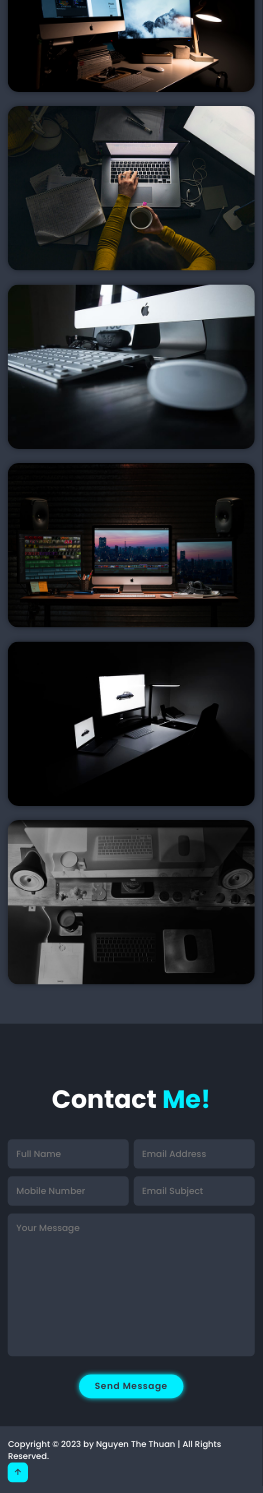
Repository: nguyenthethuan2004/portfolio
Page: index.html
The author's editor kept a copy of each file at every save. The page is drawn from the files as they stood at one save, then again after a run of saves.
The browser window is 375 px wide. The pictures show the part of the page from y = 2959 to 5199 px (the page is 5092 px tall before and 5199 px after), at 70% of full size.

Above is the page before, as saved 2023-10-03 19:28:59.
Console error: ReferenceError: navbar is not defined

### index.html
<!DOCTYPE html>
<html lang="en">
  <head>
    <meta charset="UTF-8" />
    <meta name="viewport" content="width=device-width, initial-scale=1.0" />
    <title>Nguyen The Thuan</title>

    <!-- custom css -->

    <link rel="stylesheet" href="css/style.css" />

    <!-- box icon -->

    <link
      href="https://unpkg.com/boxicons@2.1.4/css/boxicons.min.css"
      rel="stylesheet"
    />
  </head>
  <body>

    <!-- header design -->

    <header class="header">
      <a href="#" class="logo" >Portfolio</a>

      <i class='bx bx-menu' id="menu-icon" ></i>

      <nav class="navbar">
        <a href="#home" class="active">Home</a>
        <a href="#about">About</a>
        <a href="#services">Services</a>
        <a href="#portfolio">Portfolio</a>
        <a href="#contact">Contact</a>
      </nav>
    </header>

    <!-- home setion design -->

    <section class="home" id="home">
      <div class="home-content">
        <h3>Hello, It's Me</h3>
        <h1>Nguyen The Thuan</h1>
        <h3>And I'm a <span>Fullstack Developer</span></h3>
        <p>
          Lorem ipsum dolor sit amet consectetur adipisicing elit. Repellat,
          modi? Quas sapiente blanditiis odit nam magni ad!
        </p>
        <div class="social-media">
          <a href=""><i class="bx bxl-facebook"></i></a>
          <a href=""><i class="bx bxl-github"></i></a>
          <a href=""><i class="bx bxl-linkedin"></i></a>
          <a href=""><i class="bx bxl-youtube"></i></a>
        </div>

        <a href="#" class="btn">Download CV</a>
      </div>

      <div class="home-img">
        <img
          src="Image/315543773_466116068957574_5528625686489521569_n (1).png" alt="Anh"
        />
      </div>
    </section>

    <!-- about section design -->

    <section class="about" id="about">
      <div class="about-img">
        <img src="Image/315543773_466116068957574_5528625686489521569_n (1).png" alt="">
      </div>
      <div class="about-content">
        <h2 class="heading">About <span>Me</span></h2>
        <h3>Graphic Design!</h3>
        <p>Lorem ipsum dolor sit amet consectetur adipisicing elit. Quaerat, nihil nemo quia aperiam voluptate iusto rerum commodi dicta animi accusantium ullam illum provident incidunt? Incidunt quas possimus quam tenetur. Eos expedita quis, nihil aperiam ab qui impedit sunt. Quam iusto dolorum voluptatum debitis in, delectus pariatur?</p>
        <a href="#" class="btn">Read More</a>
      </div>
    </section>

    <!-- services section design -->

    <section class="services" id="services">
      <h2 class="heading">Our <span>Services</span></h2>

      <div class="services-container">
        <div class="services-box">
          <i class='bx bx-code-alt'></i>
          <h3>Web Developer</h3>
          <p>Lorem ipsum dolor sit amet consectetur adipisicing elit. Voluptatem sit odit doloribus fuga sed eaque atque. Iusto at perferendis officiis!</p>
          <a href="#" class="btn">Read More</a>
        </div>

        <div class="services-box">
          <i class='bx bxs-paint' ></i>
          <h3>Graphic Design</h3>
          <p>Lorem ipsum dolor sit amet consectetur adipisicing elit. Voluptatem sit odit doloribus fuga sed eaque atque. Iusto at perferendis officiis!</p>
          <a href="#" class="btn">Read More</a>
        </div>

        <div class="services-box">
          <i class='bx bx-line-chart' ></i>
          <h3>Digital Marketing</h3>
          <p>Lorem ipsum dolor sit amet consectetur adipisicing elit. Voluptatem sit odit doloribus fuga sed eaque atque. Iusto at perferendis officiis!</p>
          <a href="#" class="btn">Read More</a>
        </div>
      </div>
    </section>

    <!-- portfolio section design -->

    <section class="portfolio" id="portfolio">
      <h2 class="heading">Latest <span>Project</span></h2>

      <div class="portfolio-container">
        <div class="portfolio-box">
          <img src="Image/1.jpg" alt="">
          <div class="portfolio-layer">
            <h4>Web Design</h4>
            <p>Lorem, ipsum dolor sit amet consectetur adipisicing elit. Accusamus, exercitationem?</p>
            <a href="#"><i class='bx bx-link-external' ></i></a>
          </div>
        </div>

        <div class="portfolio-box">
          <img src="Image/2.jpg" alt="">
          <div class="portfolio-layer">
            <h4>Web Design</h4>
            <p>Lorem, ipsum dolor sit amet consectetur adipisicing elit. Accusamus, exercitationem?</p>
            <a href="#"><i class='bx bx-link-external' ></i></a>
          </div>
        </div>

        <div class="portfolio-box">
          <img src="Image/3.jpg" alt="">
          <div class="portfolio-layer">
            <h4>Web Design</h4>
            <p>Lorem, ipsum dolor sit amet consectetur adipisicing elit. Accusamus, exercitationem?</p>
            <a href="#"><i class='bx bx-link-external' ></i></a>
          </div>
        </div>

        <div class="portfolio-box">
          <img src="Image/4.jpg" alt="">
          <div class="portfolio-layer">
            <h4>Web Design</h4>
            <p>Lorem, ipsum dolor sit amet consectetur adipisicing elit. Accusamus, exercitationem?</p>
            <a href="#"><i class='bx bx-link-external' ></i></a>
          </div>
        </div>

        <div class="portfolio-box">
          <img src="Image/5.jpg" alt="">
          <div class="portfolio-layer">
            <h4>Web Design</h4>
            <p>Lorem, ipsum dolor sit amet consectetur adipisicing elit. Accusamus, exercitationem?</p>
            <a href="#"><i class='bx bx-link-external' ></i></a>
          </div>
        </div>

        <div class="portfolio-box">
          <img src="Image/6.jpg" alt="">
          <div class="portfolio-layer">
            <h4>Web Design</h4>
            <p>Lorem, ipsum dolor sit amet consectetur adipisicing elit. Accusamus, exercitationem?</p>
            <a href="#"><i class='bx bx-link-external' ></i></a>
          </div>
        </div>
      </div>
    </section>

    <!-- contact section design -->

    <section class="contact" id="contact">
      <h2 class="heading">Contact <span>Me!</span></h2>

      <form action="#">
        <div class="input-box">
          <input type="text" placeholder="Full Name">
          <input type="email" placeholder="Email Address">
        </div>

        <div class="input-box">
          <input type="number" placeholder="Mobile Number">
          <input type="text" placeholder="Email Subject">
        </div>
        <textarea name="" id="" cols="30" rows="10" placeholder="Your Message"></textarea>
        <input type="submit" value="Send Message" class="btn">
      </form>
    </section>

    <!-- footer design -->
    <footer class="footer">
      <div class="footer-text">
        <p>Copyright &copy; 2023 by Nguyen The Thuan | All Rights Reserved.</p>
      </div>

      <div class="footer-iconTop">
        <a href="#home"><i class='bx bx-up-arrow-alt' ></i></a>
      </div>
    </footer>


          <!-- custom js -->
    <script src="js/script.js"></script>


  </body>
</html>

### css/style.css
    @import url('https://fonts.googleapis.com/css2?family=Poppins:ital,wght@0,300;0,500;0,600;0,700;0,800;0,900;1,300;1,400;1,500;1,600;1,700;1,800;1,900&display=swap');
* {
    margin: 0;
    padding: 0;
    box-sizing: border-box;
    text-decoration: none;
    border: none;
    outline: none;
    scroll-behavior:smooth;
    font-family: 'Poppins', sans-serif;
}

:root {
    --bg-color:#1f242d;
    --second-bg-color:#323946;
    --text-color:#fff;
    --main-color:#0ef;
}

html {
    font-size: 62.5%;
    overflow-x: hidden;
}

body {
    background: var(--bg-color);
    color: var(--text-color);
}

section {
    min-height: 100vh;
    padding: 10rem 9% 2rem;
}

.header {
    position: fixed;
    top: 0;
    left: 0;
    width: 100%;
    padding: 2rem 9%;
    background: var(--bg-color);
    display: flex;
    justify-content: space-between;
    align-items: center;
    z-index: 100;
}

.header .sticky {
    border-bottom:.1rem solid rgba(0, 0, 0,.2) ;
}

.logo {
    font-size: 2.5rem;
    color: var(--text-color);
    width: 600px;
    cursor: default;
}

.navbar a {
    font-size: 1.7rem;
    color: var(--text-color);
    margin-left: 4rem;
    transition: .3s;
}

.navbar a:hover,
.navbar a.active {
    color: var(--main-color);
}

#menu-icon {
    font-size: 3.6rem;
    color: var(--text-color);
    display: none;
}

.home {
    display: flex;
    justify-content: center;
    align-items: center;
}

.home-image {
    width: 32vw;
}

.home-content h3 {
    font-size: 3.2rem;
    font-weight: 700;
}


.home-content h3:nth-of-type(2) {
    margin-bottom: 2rem;
}

span {
    color: var(--main-color);
}

.home-content h1 {
    font-size: 5.6rem;
    font-weight: 700;
    line-height: 1.3;
}

.home-content p {
    font-size: 1.6rem;
}

.social-media a {
    display: inline-flex;
    justify-content: center;
    align-items: center;
    width: 4rem;
    height: 4rem;
    background: transparent;
    border: .2rem solid var(--main-color);
    border-radius: 50%;
    font-size: 2rem;
    color: var(--main-color);
    margin: 3rem 1.5rem 3rem 0;
    transition: .3s ease;
}
.social-media a:hover {
    background: var(--main-color);
    color: var(--second-bg-color);
    box-shadow: 0 0 1rem var(--main-color);
}

.btn {
    display: inline-block;
    padding: 1rem 2.8rem;
    background: var(--main-color);
    border-radius: 4rem;
    box-shadow: 0 0 1rem var(--main-color);
    font-size: 1.6rem;
    color: var(--second-bg-color);
    letter-spacing: .1rem;
    font-weight: 600;
    transition: .5s ease-in-out;
}

.btn:hover {
    box-shadow: none;

}

.about {
    display: flex;
    justify-content: center;
    align-items: center;
    gap: 2rem;
    background: var(--second-bg-color);
}

.about-img img {
    width: 35vw;
}

.heading {
    text-align: center;
    font-size: 4.5rem;
}

.about-content h2 {
    text-align: left;
    line-height: 1.2;
}

.about-content h3 {
    font-size:2.6rem;
}

.about-content p {
    font-size: 1.6rem;
    margin: 2rem 0 3rem 0;
}

.services h2 {
    margin-bottom: 5rem;
}

.services-container {
    display:flex;
    justify-content: center;
    align-items: center;
    flex-wrap: wrap;
    gap:2rem;
}

.services-container .services-box {
    flex: 1 1 30rem;
    background: var(--second-bg-color);
    padding: 3rem 2rem 4rem;
    border-radius: 2rem;
    text-align: center;
    border: .2rem solid var(--second-bg-color);
    transition: .5s ease;
}

.services-container .services-box:hover {
    border-color: var(--main-color);
    transform: scale(1.02);
}

.services-box i {
    font-size: 7rem;
    color: var(--main-color);
}

.services-box h3 {
    font-size: 2.6rem;
}

.services-box p {
    font-size: 1.6rem;
    margin: 1rem 0 3rem;
}

.portfolio {
    background:var(--second-bg-color) ;
}

.portfolio h2 {
    margin-bottom: 4rem;
}

.portfolio-container {
    display: grid;
    grid-template-columns: repeat(3, 1fr);
    align-items: center;
    gap: 2.5rem ;
}

.portfolio-container .portfolio-box {
    position: relative;
    border-radius: 2rem ;
    box-shadow: 0 0 1rem var(--bg-color);
    overflow: hidden;
    display: flex;
}

.portfolio-box img {
    width: 100%;
    transition: .5s ease;
}

.portfolio-box:hover img {
    transform: scale(1.1);
}

.portfolio-box .portfolio-layer {
    position: absolute;
    bottom: 0;
    left: 0;
    width: 100%;
    height: 100%;
    background: linear-gradient( rgba(0, 0, 0,.1), var(--main-color));
    display: flex;
    justify-content: center;
    align-items: center;
    flex-direction: column;
    text-align: center;
    padding: 0 4rem;
    transform: translateY(100%);
    transition: .5s ease;

}

.portfolio-box:hover .portfolio-layer {
    transform: translateY(0);

}

.portfolio-box .portfolio-layer h4 {
    font-size: 4rem;
}

.portfolio-layer p {
    font-size: 1.6rem;
    margin: .3rem 0 1rem 0;
}

.portfolio-layer a {
    display: inline-flex;
    justify-content: center;
    align-items: center;
    width: 3.7rem;
    height: 3.7rem;
    background:var(--text-color);
    border-radius: 50%;
}

.portfolio-layer a i {
    font-size: 2rem;
    color: var(--second-bg-color);
}

.contact h2 {
    margin-bottom: 3rem;
}

.contact form {
    max-width: 70rem;
    margin: 1rem auto;
    text-align: center;
    margin-bottom: 3rem;
}

.contact form .input-box {
    display: flex;
    justify-content: space-between;
    flex-wrap: wrap;
}

.contact form .input-box input,
.contact form textarea {
    width: 100%;
    padding: 1.5rem;
    font-size:1.6rem;
    color: var(--text-color);
    background: var(--second-bg-color);
    border-radius: .8rem;
    margin: .7rem 0;
}

.contact form .input-box input {
    width: 49%;
}

.contact form textarea {
    resize: none;
}

.contact form .btn {
     margin-top: 2rem;
     cursor: pointer;
}

.footer {
    display: flex;
    justify-content: space-between  ;
    align-items: center;
    flex-wrap: wrap;
    padding: 2rem 9%;
    background: var(--second-bg-color);
}

.footer-text {
    font-size: 1.5rem;
}

.footer-iconTop a {
    display: inline-flex;
    justify-content: center;
    align-items: center;
    padding: .8rem;
    background: var(--main-color);
    border-radius: .8rem;
    transition: .5s ease;
}

.footer-iconTop a:hover {
    box-shadow: 0 0 1rem var(--main-color);
}

.footer-iconTop a i {
    font-size: 2rem;
    color: var(--second-bg-color);
}

/* ---------------------------------BREAKPOINTS------------------------- */

@media (max-width:1200px) {
    html {
        font-size: 55%;
    }
}

@media (max-width:991px) {
    .header {
        padding: 2rem 3%;
    }

    section {
        padding: 10rem 3% 2rem;
    }

    .services {
        padding-bottom: 7rem;
    }

    .portfolio {
        padding-bottom: 7rem;
    }

    .contact {
        min-height: auto;
    }

    .footer {
        padding: 2rem 3%;
    }
}

@media (max-width:768px) {
    #menu-icon{
        display: block;
    }

    .navbar {
        position:  absolute;
        top: 100%;
        left: 0;
        width: 100%;
        padding: 1rem 3%;
        background: var(--bg-color);
        border-top: .1rem solid rgba(0, 0, 0,.2);
        box-shadow: 0 0.5rem 1rem rgba(0, 0, 0,.2);
        display: none;
    }

    .navbar .active {
        display: block;
    }

    .navbar a {
        display:block;
        font-size: 2rem;
        margin: 3rem 0;

    }

    .home {
        flex-direction: column;
    }

    .home-content h3 {
        font-size: 2.6rem;
    }

    .home-content h1 {
        font-size: 5rem;
    }

    .home-img img {
        width: 70vw;
        margin-top: 4rem;
    }

    .about {
        flex-direction: column-reverse;
    }

    .about img {
        width: 70vw;
        margin-top: 4rem;
    }

    .services h2 {
        margin-bottom: 3rem;
    }

    .portfolio h2 {
        margin-bottom: 3rem;
    }

    .portfolio-container {
        grid-template-columns: repeat(2, 1fr);
    }
}

@media (max-width:617px) {
    .portfolio-container {
        grid-template-columns: 1fr;
    }
}

@media (max-width:450px) {
    html {
        font-size: 50%;
    }

    .contact form .input-box input {

    }
}

### js/script.js
/*========================= toggle icon navbar ========================*/

let menuIcon = document.querySelector('#menu-icon');
let navbarIcon = document.querySelector('.navbar');

menuIcon.onclick = () => {
    menuIcon.classList.toggle('bx-x');
    navbar.classList.toggle('active');
};

/*========================= scroll sections avtive link ========================*/

 let sections = document.querySelectorAll('section');
 let navLinks = document.querySelectorAll('header nav a');

 window.onscroll = () => {
    sections.forEach(sec => {
        let top = window.scrollY;
        let offset = sec.offsetTop - 150;
        let height = sec.offsetHeight;
        let id =  sec.getAttribute('id');

        if (top >= offset && top < offset + height) {
            navLinks.forEach(links => {
                links.classList.remove('active');
                document.querySelector('header nav a[href*=' + id + ']').classList.add('active');

            });
        };
    });
    /*========================= sticky navbar =========================*/

    let header = document.querySelector('header');

    header.classList.toggle('sticky', window.scrollY > 100);

    /*========================= remove toggle icon and navbar when click navbar links ========================*/
    menuIcon.classList.remove('bx-x');
    navbar.classList.remove('active');
};

After the next 2 saves:
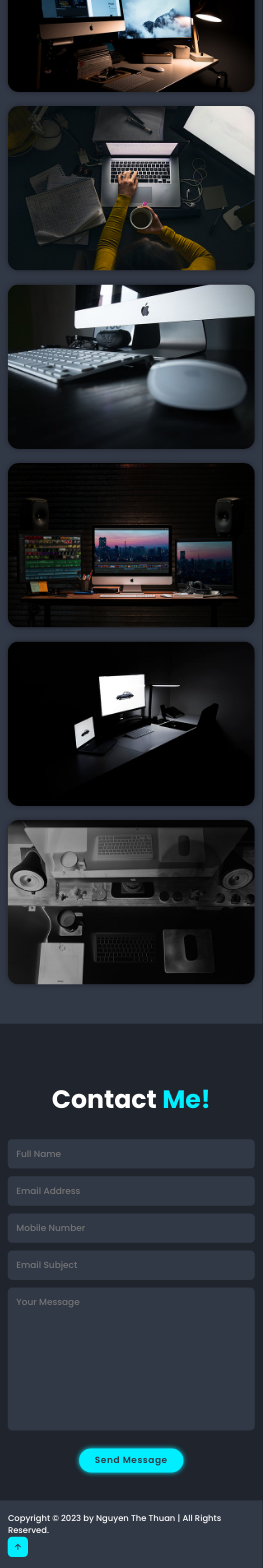
The 2 saves are shown as one change because they came seconds apart.
The last was saved 6 s later.
--- a/css/style.css
+++ b/css/style.css
@@ -483,6 +483,6 @@ span {
     }
 
     .contact form .input-box input {
-
-    }
-}
+        width: 100%;
+    }
+}
